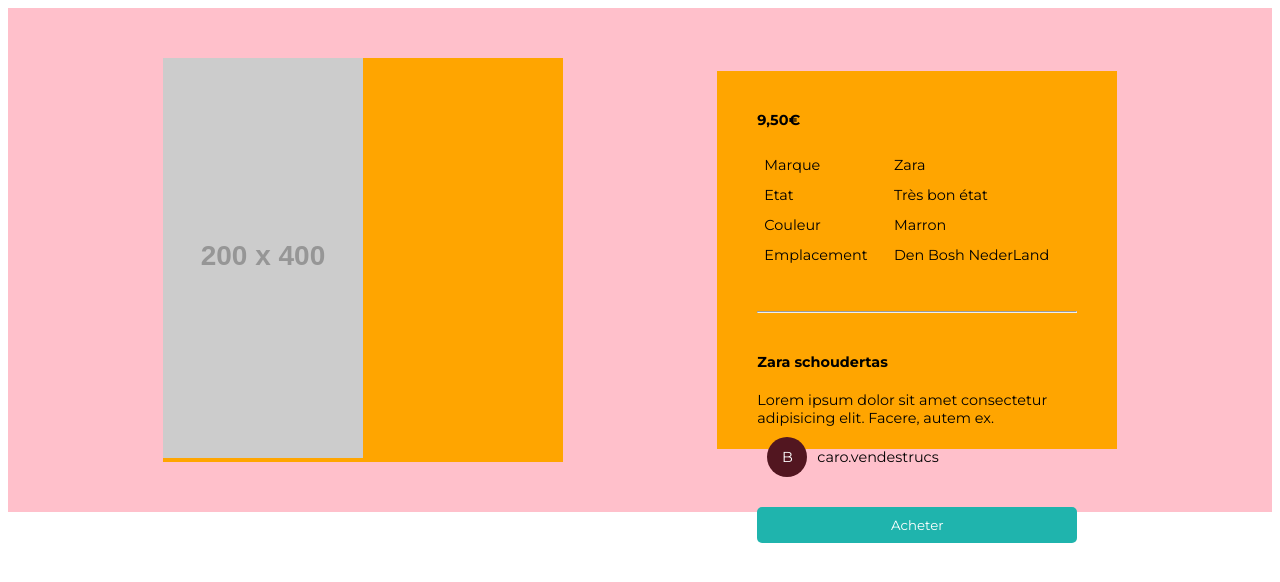
Repository: mel-in-a/vinted-front-clone
Page: html/offer.html
These files come from the project's save history. The page is drawn as it stood at one moment and after the next save; the edit follows.
The browser window is 1280 px wide. The pictures show the whole page.

Above is the page before, as saved 2021-07-29 16:57:21.

### html/offer.html
<!DOCTYPE html>
<html lang="en">
  <head>
    <meta charset="UTF-8" />
    <meta http-equiv="X-UA-Compatible" content="IE=edge" />
    <meta name="viewport" content="width=device-width, initial-scale=1.0" />
    <link rel="preconnect" href="https://fonts.googleapis.com" />
    <link rel="preconnect" href="https://fonts.gstatic.com" crossorigin />
    <link
      href="https://fonts.googleapis.com/css2?family=Montserrat:wght@100;200;300;400;500;600;700;800;900&display=swap"
      rel="stylesheet"
    />
    <link rel="stylesheet" href="/offer.css" />
    <title>Document</title>
  </head>
  <body>
    <div class="offer">
      <div class="left"><img src="https://via.placeholder.com/200x400.png" alt=""></div>
      <div class="right">
        <div class="price">9,50€</div>

        <table>
          <tr>
            <td>Marque</td>
            <td>Zara</td>
          </tr>
          <tr>
            <td>Etat</td>
            <td>Très bon état</td>
          </tr>
          <tr>
            <td>Couleur</td>
            <td>Marron</td>
          </tr>
          <tr>
            <td>Emplacement</td>
            <td>Den Bosh NederLand</td>
          </tr>
        </table>

        <hr />
        <div class="title">Zara schoudertas</div>
        <div class="description">
          Lorem ipsum dolor sit amet consectetur adipisicing elit. Facere, autem
          ex.
        </div>
        <div class="horizontal">
          <div class="avatar">B</div>
          <div class="username">caro.vendestrucs</div>
        </div>

        <button class="btn-buy">Acheter</button>
      </div>
    </div>
  </body>
</html>

### html/offer.css
* {
  font-family: "Montserrat", sans-serif;
}
.offer {
  width: 100%;
  display: flex;
  background-color: pink;
  height: 70vh;
  justify-content: space-evenly;
  align-items: center;
  flex-shrink: 0;
}

.offer .left,
.offer .right {
  width: 400px;
  background-color: orange;
}
.offer .left {
  height: 80%;
}
.offer .right {
  height: 75%;
  padding: 40px;
  box-sizing: border-box;
  font-size: 0.9rem;
}

.offer .horizontal {
  display: flex;
  flex-direction: row;
  /* justify-content: space-between; */
  align-items: center;
}

.offer table {
  width: 100%;
}

.offer td {
  padding: 5px;
}
.offer hr {
  margin: 40px 0;
}

.offer .title {
  font-weight: 700;
  margin-bottom: 20px;
}

.offer .price {
  font-weight: 700;
  margin-bottom: 20px;
}

.offer .avatar {
  width: 40px;
  height: 40px;
  border-radius: 50%;
  margin: 10px;
  background-color: rgb(82, 22, 32);
  text-align: center;

  color: white;
  vertical-align: middle;
  line-height: 40px;
}

.offer .btn-buy {
  margin-top: 20px;
  border-radius: 5px;
  background-color: rgb(31, 180, 173);
  width: 100%;
  padding: 10px;
  border: none;
  color: white;
}

After the next save:
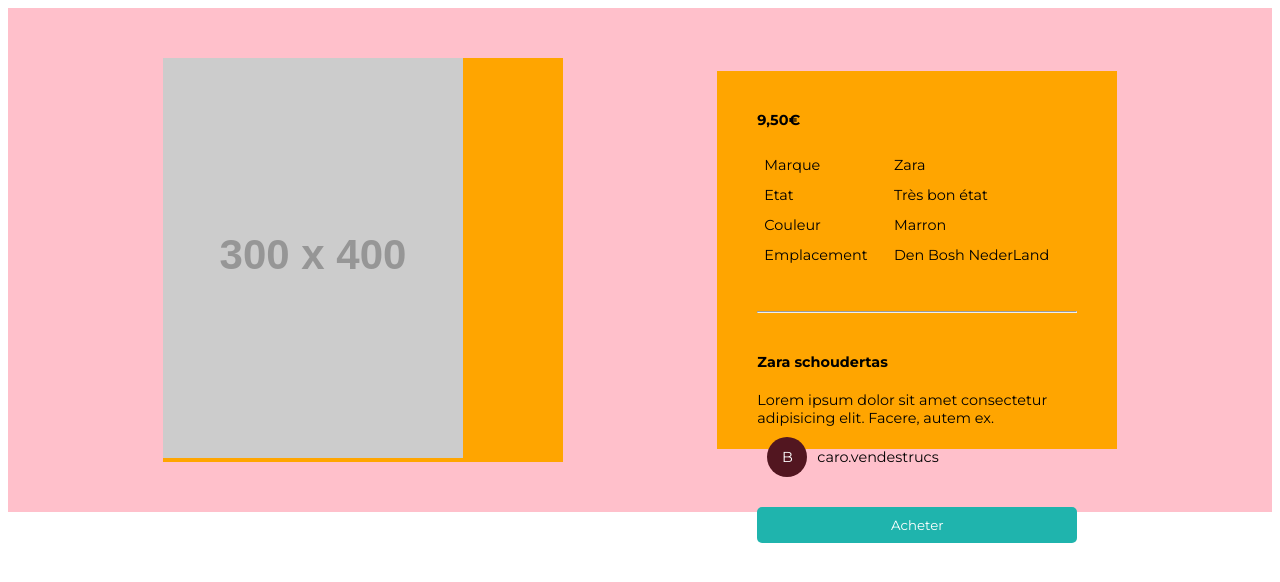
Saved 53 s later.
--- a/html/offer.html
+++ b/html/offer.html
@@ -15,7 +15,7 @@
   </head>
   <body>
     <div class="offer">
-      <div class="left"><img src="https://via.placeholder.com/200x400.png" alt=""></div>
+      <div class="left"><img src="https://via.placeholder.com/300x400.png" alt=""></div>
       <div class="right">
         <div class="price">9,50€</div>
 
